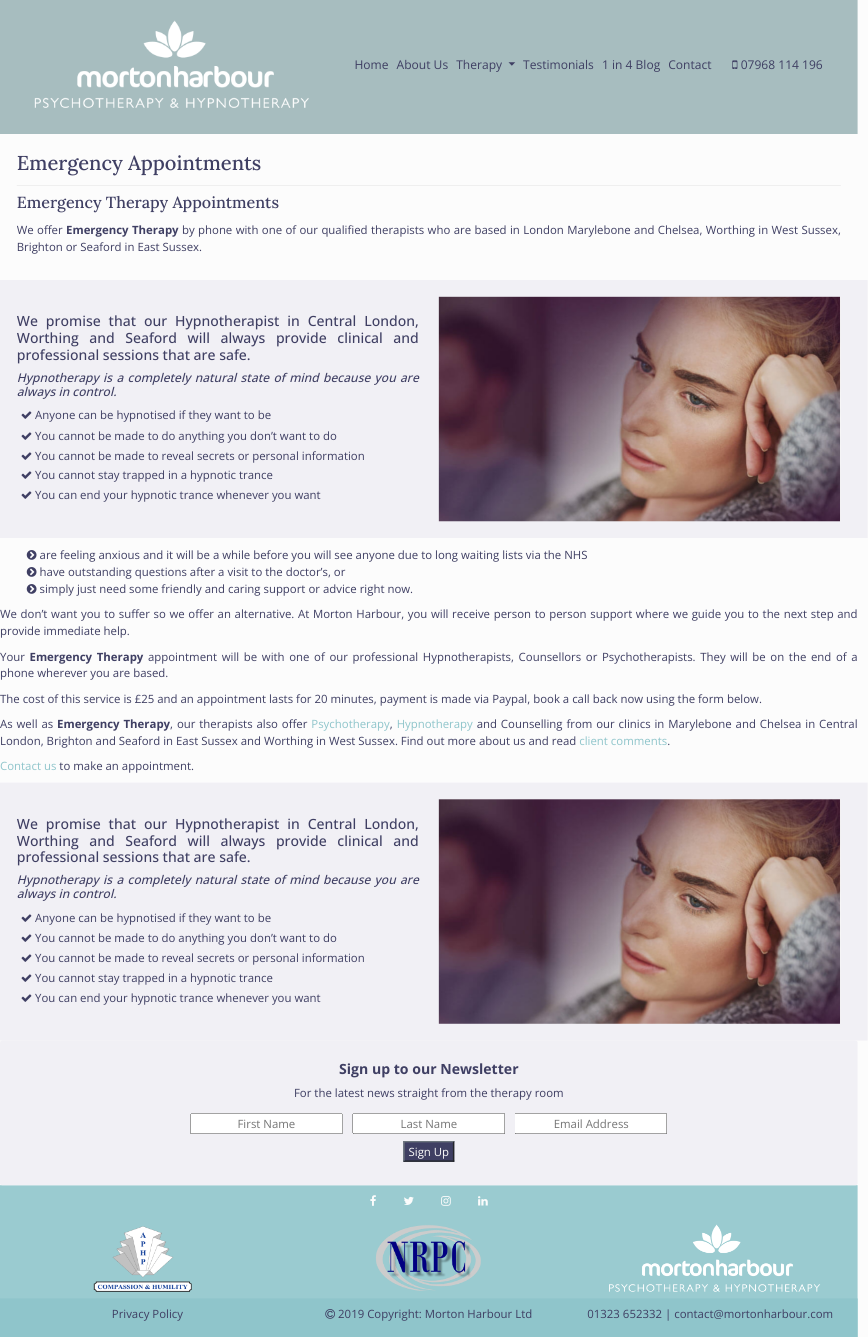
Repository: Code-Institute-Submissions/mortonharbour
Page: emergency therapy.html
The author's editor kept a record of every edit. The page is drawn from the files as they stood at one moment, then again after the next edit.
The browser window is 1280 px wide. The page is 1295 px wide, so the pictures cover 1295 px, including what lies to the right of the window. The pictures show the whole page, at 67% of full size.
Some web libraries are served in a nearby version.

Above is the page before.

After the next edit:
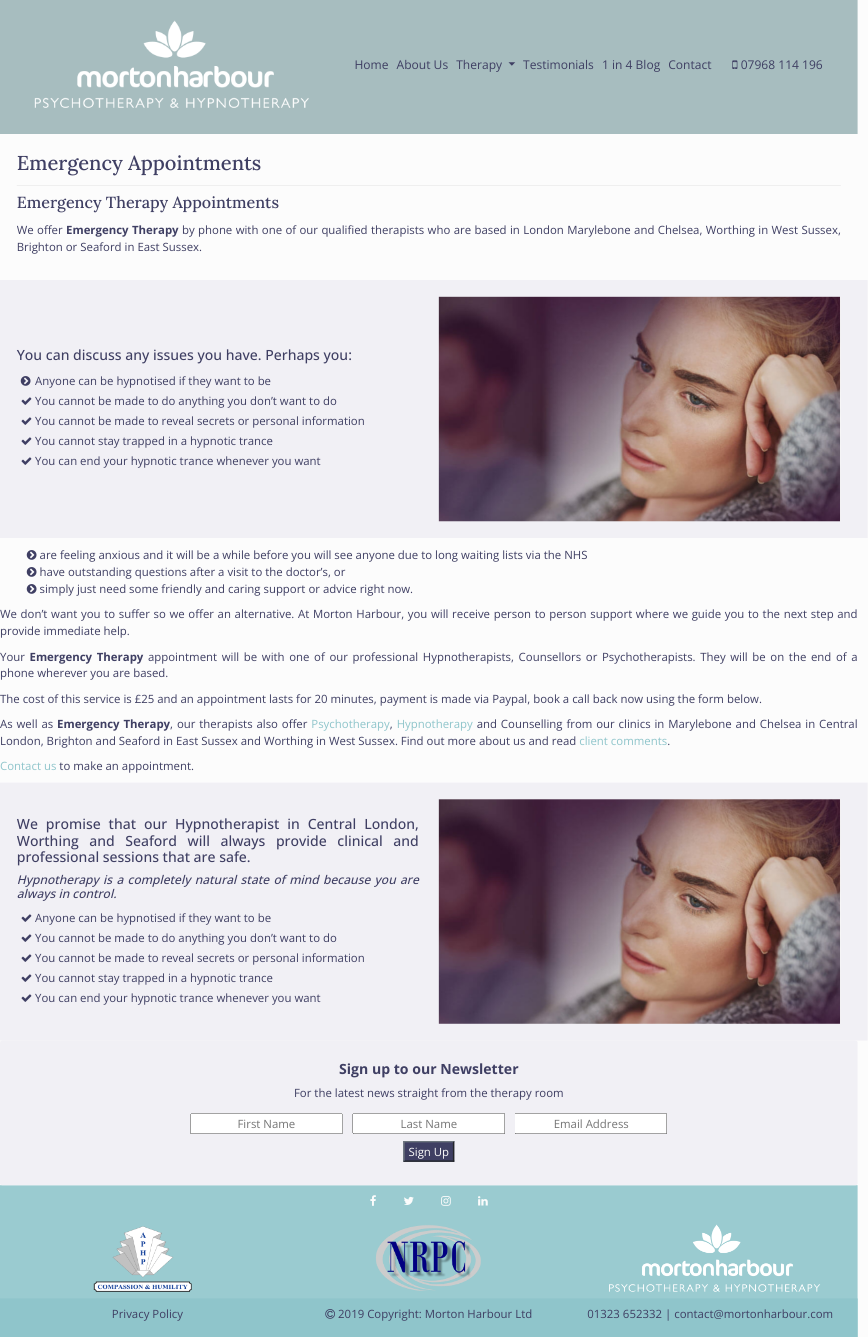
The edit:
--- a/emergency therapy.html
+++ b/emergency therapy.html
@@ -78,10 +78,9 @@
             <div class="row therapy-call-out-section">
                 <div class="col-sm-6 my-auto">
                     <p>
-                        <h3>We promise that our Hypnotherapist in Central London, Worthing and Seaford will always provide clinical and professional sessions that are safe.</h3>
-                        <h4><em>Hypnotherapy is a completely natural state of mind because you are always in control.</em></h4>
+                        <h3>You can discuss any issues you have. Perhaps you:</h3>
                         <ul class="list-symptoms">
-                            <li><i class="fa fa-check" aria-hidden="true"></i> Anyone can be hypnotised if they want to be
+                            <li><i class="fa fa-chevron-circle-right" aria-hidden="true"></i> Anyone can be hypnotised if they want to be
                             </li>
                             <li><i class="fa fa-check" aria-hidden="true"></i> You cannot be made to do anything you don’t want to do
                             </li>
